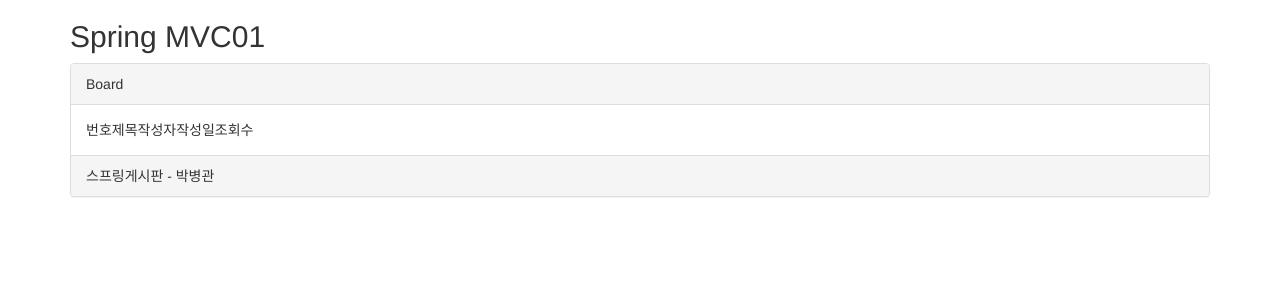
Repository: juhyun98/Spring
Page: http://localhost/SpringMVC01/
The author's editor kept a copy of each file at every save. The page is drawn from the files as they stood at one save, then again after the next save.
The browser window is 1280 px wide. The pictures show the whole page.
The page is served by Tomcat 9.

Above is the page before, as saved 2023-09-05 02:06:13.

After the next save:
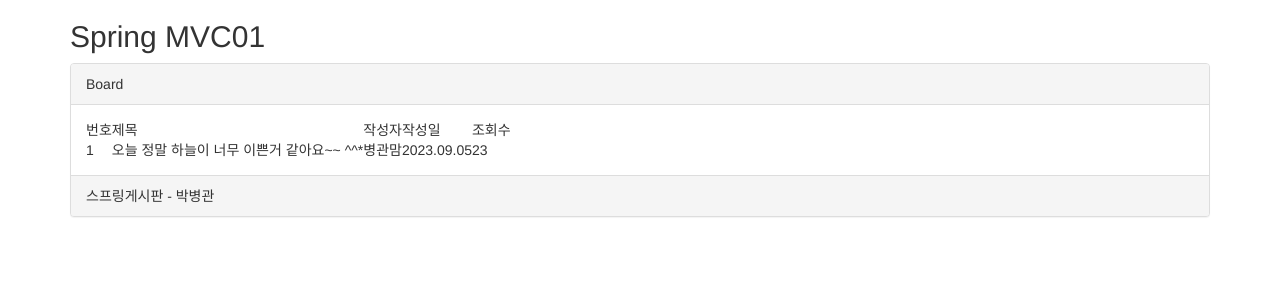
Saved 91 s later.
--- a/SpringMVC01/src/main/webapp/WEB-INF/views/boardList.jsp
+++ b/SpringMVC01/src/main/webapp/WEB-INF/views/boardList.jsp
@@ -25,6 +25,14 @@
 						<td>작성일</td>
 						<td>조회수</td>
 					</tr>
+
+					<tr>
+						<td>1</td>
+						<td>오늘 정말 하늘이 너무 이쁜거 같아요~~ ^^*</td>
+						<td>병관맘</td>
+						<td>2023.09.05</td>
+						<td>23</td>
+					</tr>
 				</table>
 			</div>
 			<div class="panel-footer">스프링게시판 - 박병관</div>
